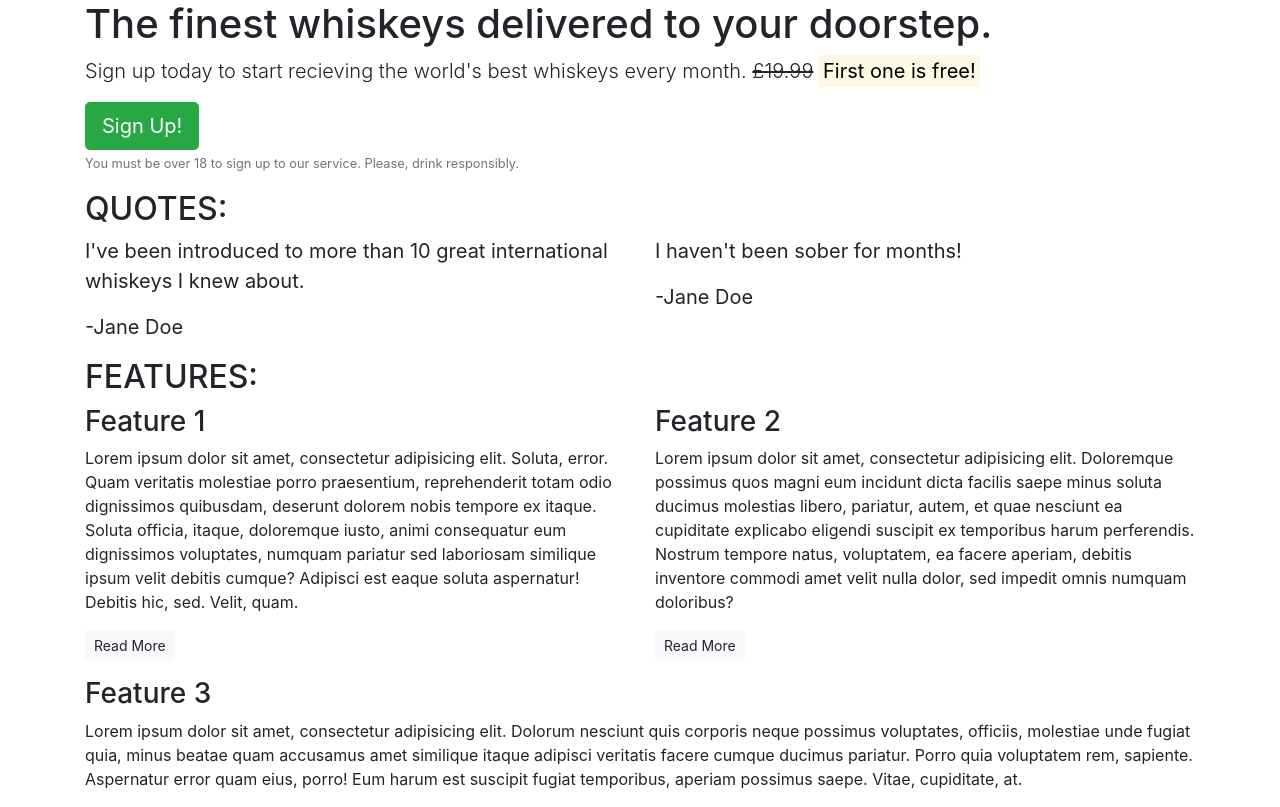
Repository: Leannald13/whiskey-project
Page: index.html
The author's editor kept a record of every edit. The page is drawn from the files as they stood at one moment, then again after the next edit.
The browser window is 1280 px wide. The pictures show the whole page.

Above is the page before.
Console error: TypeError: Cannot read properties of undefined (reading 'fn')

After the next edit:
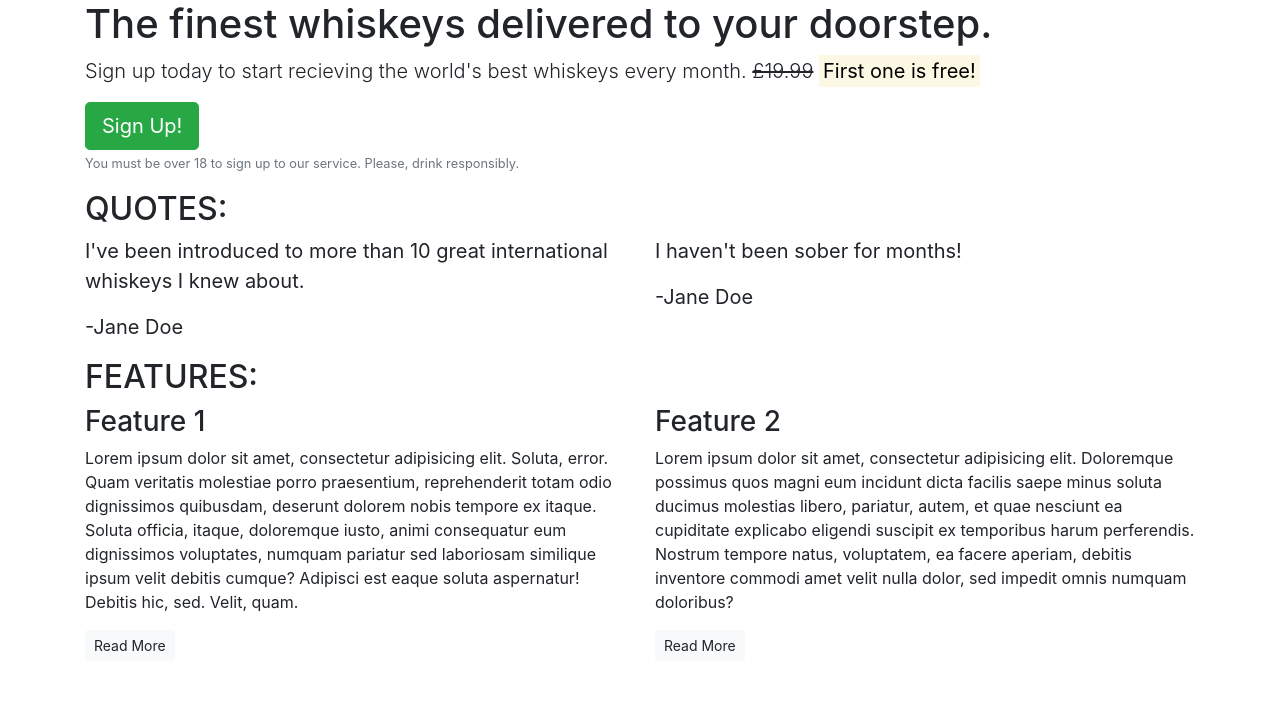
The edit:
--- a/index.html
+++ b/index.html
@@ -67,7 +67,7 @@
                         <p><a class="btn btn-sm btn-light" href="">Read More</a></p>
                     </div>
                 </div>
-                <div class="col-12">
+                <div class="col-12 d-md-none">
                     <div class="feature">
                         <h3>Feature 3</h3>
                         <p>Lorem ipsum dolor sit amet, consectetur adipisicing elit. Dolorum nesciunt quis corporis neque possimus voluptates, officiis, molestiae unde fugiat quia, minus beatae quam accusamus amet similique itaque adipisci veritatis facere
